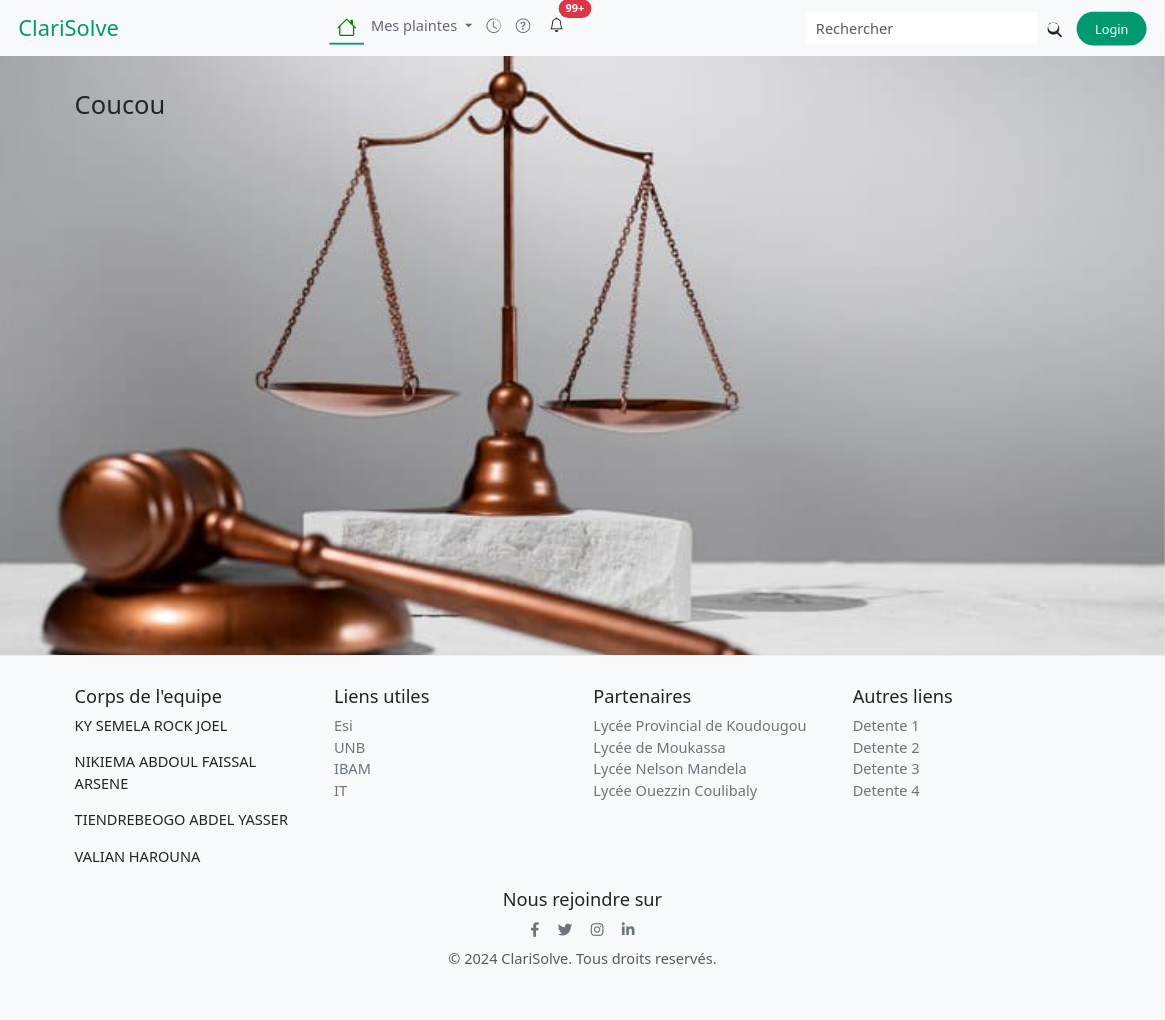
Repository: Senare1/PlaintEasy
Page: complaints/templates/complaints/home.html
These files come from the project's save history. The page is drawn as it stood at one moment and after the next save; the edit follows.
The browser window is 1280 px wide. The pictures show the whole page, at 91% of full size.
Some web libraries are served in a nearby version. The page is served by the project's application, run on Django 4.2 (manage.py). Other server files are loaded and not shown. The template is opened directly, without the code that normally fills it, so the values that code supplies are empty.

Above is the page before, as saved 2024-08-02 00:39:14.

### complaints/templates/complaints/home.html
{% extends 'complaints/base.html' %}

{% load static %}

{% block title %} Home {% endblock %}

{% block content %}

<div class="hero-section">
    <div class="container">
        <div class="row py-5">
            <h3>Coucou</h3>
        </div>
    </div>
</div>

{% endblock %}

### complaints/templates/complaints/base.html
{% load static %}
<!DOCTYPE html>
<html lang="en">
<head>
    <meta charset="UTF-8">
    <meta name="viewport" content="width=device-width, initial-scale=1.0">
    <title>{% block title %}{% endblock %}</title>

    <link href="https://cdn.jsdelivr.net/npm/bootstrap@5.3.3/dist/css/bootstrap.min.css" rel="stylesheet" integrity="sha384-QWTKZyjpPEjISv5WaRU9OFeRpok6YctnYmDr5pNlyT2bRjXh0JMhjY6hW+ALEwIH" crossorigin="anonymous">
    <link href="https://cdnjs.cloudflare.com/ajax/libs/font-awesome/6.1.1/css/all.min.css" rel="stylesheet">
    <link rel="stylesheet" href="https://cdnjs.cloudflare.com/ajax/libs/bootstrap-icons/1.10.0/font/bootstrap-icons.min.css">
    <link rel="stylesheet" href="{% static 'complaints/css/style.css' %}">
</head>
<body>
    <nav class="navbar navbar-expand-lg fixed-top" style="background-color:  #f8f9fa";>
        <div class="container-fluid">
          <a class="navbar-brand me-auto" href="#">ClariSolve</a>
          <div class="offcanvas offcanvas-end ok" tabindex="-1" id="offcanvasNavbar" aria-labelledby="offcanvasNavbarLabel">
            <div class="offcanvas-header">
              <button type="button" class="btn-close" data-bs-dismiss="offcanvas" aria-label="Close"></button>
            </div>
            <div class="offcanvas-body">
                <ul class="navbar-nav justify-content-center flex-grow-1 pe-3">
                    <li class="nav-item">
                    <a class="nav-link active" aria-current="page" href="#"><svg xmlns="http://www.w3.org/2000/svg" width="22" height="22" fill="green" class="bi bi-house" viewBox="0 0 16 16">
                        <path d="M8.707 1.5a1 1 0 0 0-1.414 0L.646 8.146a.5.5 0 0 0 .708.708L2 8.207V13.5A1.5 1.5 0 0 0 3.5 15h9a1.5 1.5 0 0 0 1.5-1.5V8.207l.646.647a.5.5 0 0 0 .708-.708L13 5.793V2.5a.5.5 0 0 0-.5-.5h-1a.5.5 0 0 0-.5.5v1.293zM13 7.207V13.5a.5.5 0 0 1-.5.5h-9a.5.5 0 0 1-.5-.5V7.207l5-5z"/>
                      </svg></a>
                    </li>

                    <li class="nav-item dropdown">
                        <a class="nav-link dropdown-toggle" href="#" role="button" data-bs-toggle="dropdown" aria-expanded="false">
                          Mes plaintes
                        </a>
                        <ul class="dropdown-menu">
                          <li><a class="dropdown-item" href="#">Action</a></li>
                          <li>
                            <hr class="dropdown-divider">
                          </li>
                          <li>
                            <a class="dropdown-item" href="#">Pas de plainte déposée</a>
                        </li>
                        </ul>
                    </li>

                    <li class="nav-item">
                        <a class="nav-link" href="#"><i class="bi bi-clock-history"></i>
                          </a>
                    </li>

                    <li class="nav-item">
                        <a class="nav-link" href="#"><i class="bi bi-question-circle"></i>
                        </a>
                    </li>

                    <li class="nav-item">
                        <a href="" class="btn position-relative">
                            <i class="bi bi-bell"></i>
                            <span class="position-absolute top-0 start-100 translate-middle badge rounded-pill bg-danger">
                              99+
                              <span class="visually-hidden">unread messages</span>
                            </span>
                          </a>
                    </li>

                </ul>
                <form class="d-flex search-form" role="search">
                    <div class="input-group">
                        <input type="search" class="form-control search-input" placeholder="Rechercher" aria-label="Search">
                        <button class="btn search-button" type="submit">
                            <svg xmlns="http://www.w3.org/2000/svg" width="16" height="16" fill="currentColor" class="bi bi-search" viewBox="0 0 16 16">
                                <path d="M11.742 10.344a6.5 6.5 0 1 0-1.397 1.398h-.001c.03.04.062.078.098.115l3.85 3.85a1 1 0 0 0 1.415-1.415l-3.85-3.85a1.007 1.007 0 0 0-.115-.099zm-5.442-.345a5.5 5.5 0 1 1 0-11 5.5 5.5 0 0 1 0 11z"/>
                            </svg>
                        </button>
                    </div>
                </form>
            </div>
          </div>
          <a href="#" class="login-button">Login</a>
          <button class="navbar-toggler pe-2" type="button" data-bs-toggle="offcanvas" data-bs-target="#offcanvasNavbar" aria-controls="offcanvasNavbar" aria-label="Toggle navigation">
              <span class="navbar-toggler-icon"></span>
          </button>
        </div>
    </nav>
    <!--End Navbar-->

    <!--Start Hero section-->
 {% block content %}

 {% endblock %}
    <!--End Hero section-->

<!--Start Footer-->
<footer class="footer">
    <div class="container mx-auto">
        <div class="row">
            <div class="col">
                <h5>Corps de l'equipe </h5>
                <p>KY SEMELA ROCK JOEL</p>
                <p>NIKIEMA ABDOUL FAISSAL ARSENE</p>
                <p>TIENDREBEOGO ABDEL YASSER</p>
                <p>VALIAN HAROUNA</p>
            </div>
            <div class="col">
                <h5>Liens utiles</h5>
                <ul class="list-unstyled">
                    <li><a href="#">Esi</a></li>
                    <li><a href="#">UNB</a></li>
                    <li><a href="#">IBAM</a></li>
                    <li><a href="#">IT</a></li>
                </ul>
            </div>
            <div class="col">
                <h5>Partenaires</h5>
                <ul class="list-unstyled">
                    <li><a href="#">Lycée Provincial de Koudougou</a></li>
                    <li><a href="#">Lycée de Moukassa</a></li>
                    <li><a href="#">Lycée Nelson Mandela</a></li>
                    <li><a href="#">Lycée Ouezzin Coulibaly</a></li>
                </ul>
            </div>

            <div class="col">
                <h5>Autres liens</h5>
                <ul class="list-unstyled">
                    <li><a href="#">Detente 1</a></li>
                    <li><a href="#">Detente 2</a></li>
                    <li><a href="#">Detente 3</a></li>
                    <li><a href="#">Detente 4</a></li>
                </ul>
            </div>

        </div>
        <div class="row my-2">
            <h5 class="text-center">Nous rejoindre sur</h5>
            <div class="social-icons col-12 text-center">
                <a href="#"><i class="fab fa-facebook-f"></i></a>
                <a href="#"><i class="fab fa-twitter"></i></a>
                <a href="#"><i class="fab fa-instagram"></i></a>
                <a href="#"><i class="fab fa-linkedin-in"></i></a>
            </div>
        </div>
        <div class="row my-2">
            <div class="col-12 text-center">
                <p class="text-muted">&copy; 2024 ClariSolve. Tous droits reservés.</p>
            </div>
        </div>
    </div>
</footer>
<!--End Footer-->


<script src="https://cdn.jsdelivr.net/npm/bootstrap@5.3.3/dist/js/bootstrap.bundle.min.js" integrity="sha384-YvpcrYf0tY3lHB60NNkmXc5s9fDVZLESaAA55NDzOxhy9GkcIdslK1eN7N6jIeHz" crossorigin="anonymous"></script>
</body>
</html>

### ClariSolve/urls.py
from django.contrib import admin
from django.urls import path,include

urlpatterns = [
    path('admin/', admin.site.urls),
    path('',include('accounts.urls')),
    path('complaints/',include('complaints.urls'))
]

### accounts/urls.py
from django.urls import path
from . import views

urlpatterns = [
    path('',views.log_in,name="login"),
    path('signup/',views.signup,name="signup"),

    path('treated/',views.treated,name='treated'),
    path('rejection/',views.rejection,name='rejection'),
    path('dashboard/',views.dashboard,name='dashboard'),
    path('receiving/',views.receiving,name='receiving'),
    path('statistics/',views.statistics,name='statistics'),
    path('running/',views.running,name='running'),
    path('chat/',views.chat,name='chat'),
    path('logout/',views.log_out,name='logout'),

    path('users/',views.users,name='users'),
    path('users/signup_user/',views.signup_user,name="signup_user"),
    path('users/all_users/',views.all_users,name="all_users"),
    path('users/all_citozens/',views.all_citozens,name="all_citozens"),
    path('users/all_customers/',views.all_customers,name="all_customers"),
    path('users/<str:email>/',views.delete,name="delete"),

    path('settings/',views.settings,name='settings'),
    path('profile/',views.profile,name='profile')
]

### complaints/urls.py
from django.urls import path,include
from . import views

urlpatterns = [
    path("",views.home,name="home"),
]

### complaints/static/complaints/css/style.css
.navbar{
    background-color: #fff;
    /*height: 80px;*/
    font-size: 16px;
    /*margin: 20px;
    border-radius: 40px;*/
    padding: 0.5rem;
}


.navbar-brand{
    color: #009970;
    font-weight: 500;
    font-size: 24px;
    transition: 0.3s color;
}
.login-button{
    background-color: #009970;
    font-size: 14px;
    color: #fff;
    padding: 8px 20px;
    border-radius: 50px;
    text-decoration: none;
    transition: 0.3s background-color;
}

.login-button:hover{
    background-color: #00b383;
}

.navbar-toggler{
    border: none;
    font-size: 1.25rem;
}
.navbar-toggler:focus,.btn-close:focus{
    box-shadow: none;
    outline: none;
}

.nav-link{
    color: #666777;
    font-weight: 500;
    position: relative;
}

.nav-link:hover,.nav-link.active{
    color: #000;
}
@media(min-width:991px){
    .nav-link::before{
        content: "";
        position: absolute;
        bottom: 0;
        left: 50%;
        transform: translateX(-50%);
        width: 0;
        height: 2px;
        background-color: #009970;
        visibility: hidden;
        transition: 0.3s ease-in-out;
    }

    .nav-link:hover::before,.nav-link.nav-link.active::before{
        width: 100%;
        visibility: visible;
    }
}

.hero-section{
    background : url(../image/law.jpeg) no-repeat center;
    background-size: cover;
    width: 100%;
    height: 100vh;
    padding-top: 50px;
}

/* Contrôle de la barre de recherche*/
.search-form {
    border-radius: .10rem;
    padding: 0.3rem;
}
.search-input {
    border: none;
    box-shadow: none;
}
.search-input:focus {
    border: none;
    box-shadow: none;
    outline: none;
}
.search-button {
    border: none;
    box-shadow: none;
}
.search-button:focus {
    outline: none;
}

/* End footer*/

/* Start footer*/

.footer {
    background-color: #f8f9fa;
    padding: 2rem 0;
    border-top: 1px solid #e9ecef;
}
.footer a {
    color: #6c757d;
    text-decoration: none;
}
.footer a:hover {
    text-decoration: underline;
}
.social-icons a {
    margin: 0 0.5rem;
    color: #6c757d;
}
.social-icons a:hover {
    color: #495057;
}


/* End footer*/

After the next save:
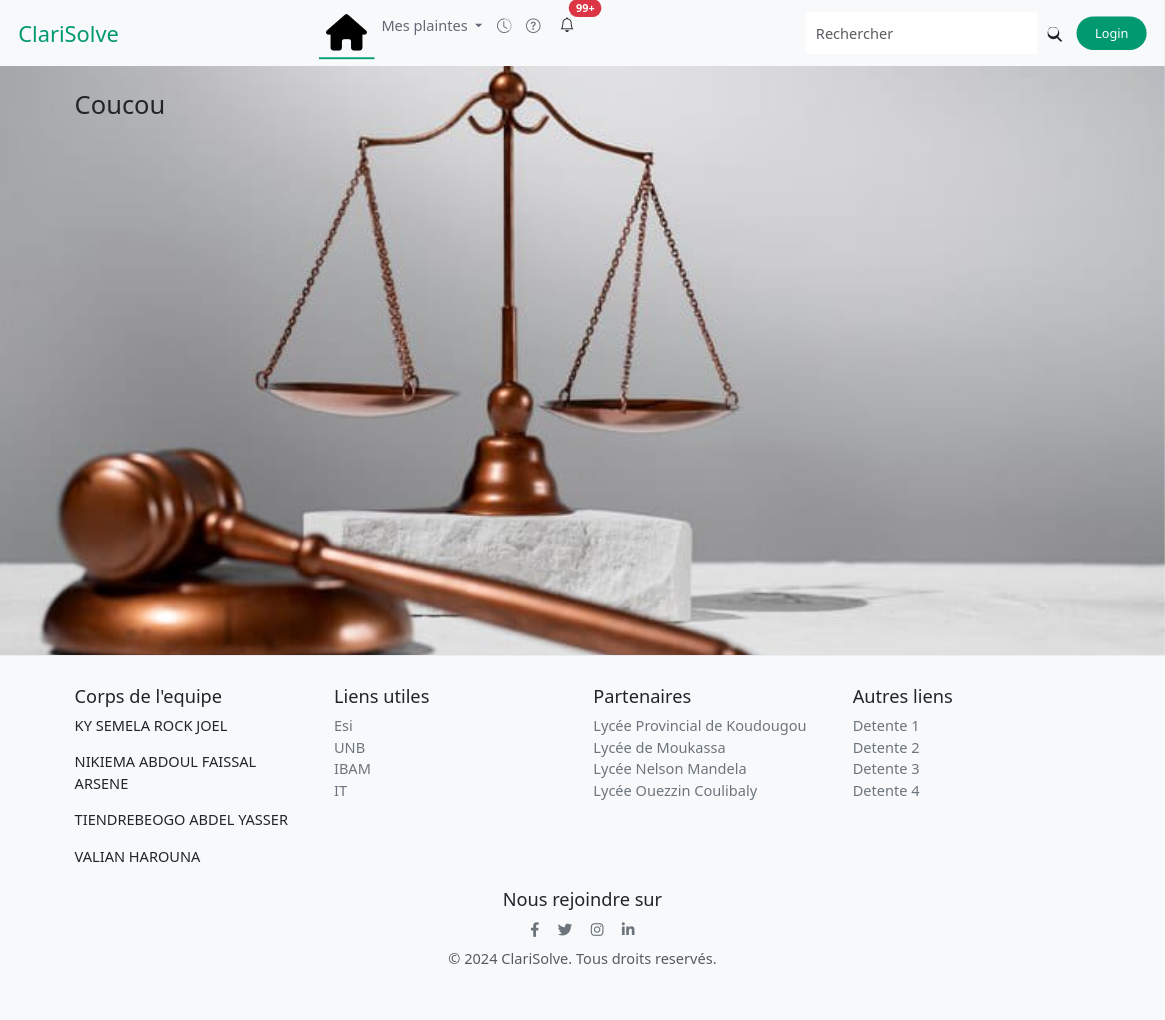
Saved 97 s later.
--- a/complaints/templates/complaints/base.html
+++ b/complaints/templates/complaints/base.html
@@ -22,9 +22,9 @@
             <div class="offcanvas-body">
                 <ul class="navbar-nav justify-content-center flex-grow-1 pe-3">
                     <li class="nav-item">
-                    <a class="nav-link active" aria-current="page" href="#"><svg xmlns="http://www.w3.org/2000/svg" width="22" height="22" fill="green" class="bi bi-house" viewBox="0 0 16 16">
-                        <path d="M8.707 1.5a1 1 0 0 0-1.414 0L.646 8.146a.5.5 0 0 0 .708.708L2 8.207V13.5A1.5 1.5 0 0 0 3.5 15h9a1.5 1.5 0 0 0 1.5-1.5V8.207l.646.647a.5.5 0 0 0 .708-.708L13 5.793V2.5a.5.5 0 0 0-.5-.5h-1a.5.5 0 0 0-.5.5v1.293zM13 7.207V13.5a.5.5 0 0 1-.5.5h-9a.5.5 0 0 1-.5-.5V7.207l5-5z"/>
-                      </svg></a>
+                    <a class="nav-link active" aria-current="page" href="#">
+                        <i class="fa fa-home fs-1"></i>
+                    </a>
                     </li>
 
                     <li class="nav-item dropdown">
